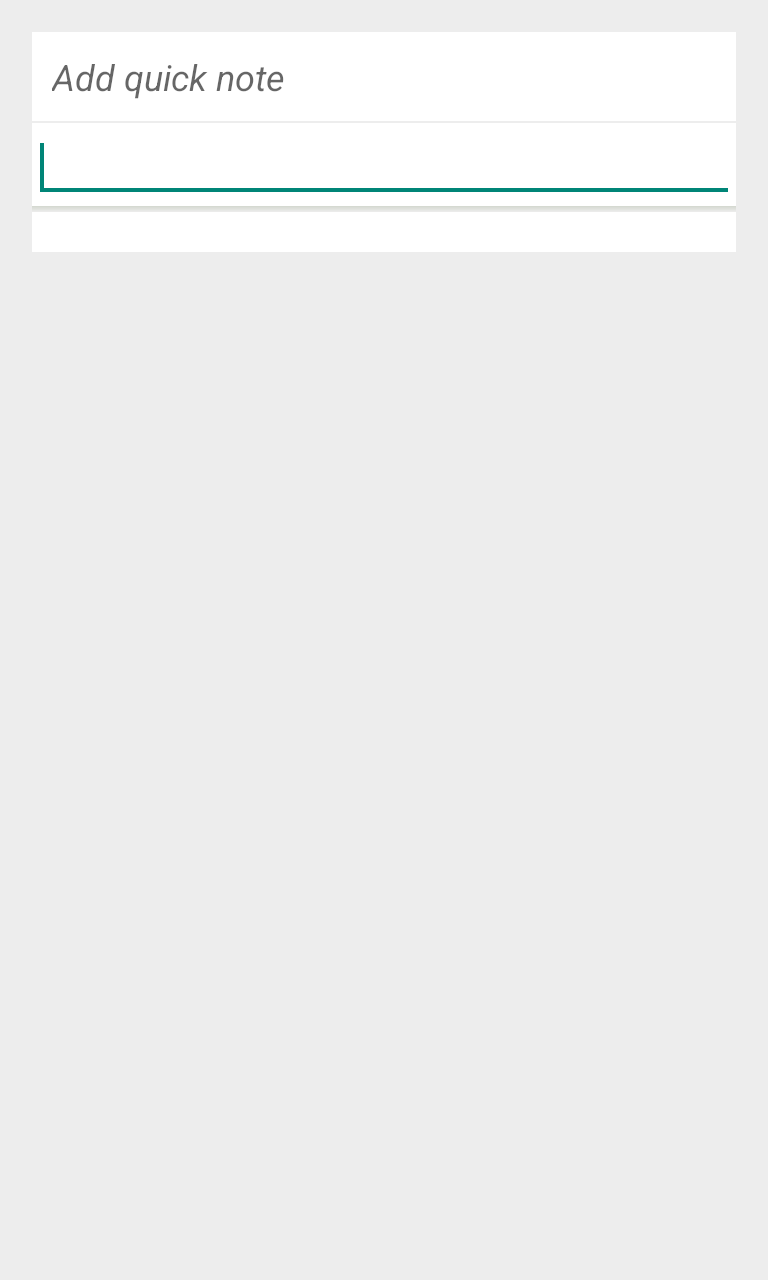
Repository: ishwormali/practices
Layout: Android/GoogleKeep/GoogleKeep/res/layout/fragment_main.xml
An editor plug-in stored every save of this project. The layout is shown before and after the next save, followed by the edit.
It is drawn on a 768 x 1280 px phone screen (xhdpi) without system bars, with theme Theme.Orangeboom; the app's code is not run. The app's manifest (not shown) leaves right-to-left support off. So textAlignment, textDirection and layoutDirection are ignored, and left and right values win over start and end ones.

Above is the layout before, as saved 2014-04-01 06:12:29.

### Android/GoogleKeep/GoogleKeep/res/layout/fragment_main.xml
<RelativeLayout xmlns:android="http://schemas.android.com/apk/res/android"
    xmlns:tools="http://schemas.android.com/tools"
    android:layout_width="match_parent"
    android:layout_height="match_parent"
    android:paddingBottom="@dimen/activity_vertical_margin"
    android:paddingLeft="@dimen/activity_horizontal_margin"
    android:paddingRight="@dimen/activity_horizontal_margin"
    android:paddingTop="@dimen/activity_vertical_margin"
    tools:context="com.practices.googlekeep.MainActivity$PlaceholderFragment"
    android:background="@color/main_background"
      >

    <LinearLayout
        android:layout_width="match_parent"
        android:layout_height="wrap_content"
        android:layout_alignParentTop="true"
        android:layout_centerHorizontal="true"
        android:background="@drawable/area_container"
        android:orientation="vertical" >

        <EditText
            android:id="@+id/text_quicknote"
            android:layout_width="match_parent"
            android:layout_height="wrap_content"
            android:ems="10"  android:hint="@string/add_quick_note"
            android:background="@drawable/edit_box"
            android:textColor="@android:color/black"
android:textCursorDrawable="@null" android:padding="10dp"
             >

            <requestFocus />
        </EditText>
        <View
android:layout_width="fill_parent"
android:layout_height="1dip"
android:background="@color/main_background" />
        <EditText
            android:id="@+id/text_quicknote2"
            android:layout_width="match_parent"
            android:layout_height="wrap_content"
            android:ems="10" >

            <requestFocus />
        </EditText>
        <View
    android:id="@+id/divider"
    android:background="@drawable/drop_shadow"
    android:layout_width="match_parent"
    android:layout_height="3sp"
     />
        <LinearLayout android:layout_width="fill_parent"
            android:layout_height="20dp"
             >
            <Button
                android:drawableStart="@android:drawable/ic_menu_edit"
                />
        </LinearLayout>
    </LinearLayout>

</RelativeLayout>

### Android/GoogleKeep/GoogleKeep/res/values-v14/themes.xml
<?xml version="1.0" encoding="utf-8"?>
<!-- File created by the Android Action Bar Style Generator

     Copyright (C) 2011 The Android Open Source Project
     Copyright (C) 2012 readyState Software Ltd

     Licensed under the Apache License, Version 2.0 (the "License");
     you may not use this file except in compliance with the License.
     You may obtain a copy of the License at

          http://www.apache.org/licenses/LICENSE-2.0

     Unless required by applicable law or agreed to in writing, software
     distributed under the License is distributed on an "AS IS" BASIS,
     WITHOUT WARRANTIES OR CONDITIONS OF ANY KIND, either express or implied.
     See the License for the specific language governing permissions and
     limitations under the License.
-->

<resources xmlns:android="http://schemas.android.com/apk/res/android">

    <style name="Theme.Orangeboom" parent="@style/Theme.AppCompat.Light">
        <item name="android:actionBarItemBackground">@drawable/selectable_background_orangeboom</item>
        <item name="android:popupMenuStyle">@style/PopupMenu.Orangeboom</item>
        <item name="android:dropDownListViewStyle">@style/DropDownListView.Orangeboom</item>
        <item name="android:actionBarTabStyle">@style/ActionBarTabStyle.Orangeboom</item>
        <item name="android:actionDropDownStyle">@style/DropDownNav.Orangeboom</item>
        <item name="android:actionBarStyle">@style/ActionBar.Solid.Orangeboom</item>
        <item name="android:actionModeBackground">@drawable/cab_background_top_orangeboom</item>
        <item name="android:actionModeSplitBackground">@drawable/cab_background_bottom_orangeboom</item>
        <item name="android:actionModeCloseButtonStyle">@style/ActionButton.CloseMode.Orangeboom</item>
         <item name="actionMenuTextColor">@android:color/white</item>

    </style>

    <style name="ActionBar.Solid.Orangeboom" parent="@style/Widget.AppCompat.Light.ActionBar.Solid">
        <item name="android:background">@drawable/ab_solid_orangeboom</item>
        <item name="android:backgroundStacked">@drawable/ab_stacked_solid_orangeboom</item>
        <item name="android:backgroundSplit">@drawable/ab_bottom_solid_orangeboom</item>
        <item name="android:progressBarStyle">@style/ProgressBar.Orangeboom</item>
       <item name="android:titleTextStyle">@style/ActionBar.TextStyle.Orangeboom</item>
<!--        <item name="android:logo">@drawable/text_x_todo</item> -->
    </style>

    <style name="ActionBar.TextStyle.Orangeboom"
           parent="@style/TextAppearance.AppCompat.Widget.ActionBar.Title">
        <item name="android:textColor">@android:color/white</item>
    </style>

    <style name="ActionBar.Transparent.Orangeboom" parent="@style/Widget.AppCompat.Light.ActionBar">
        <item name="android:background">@drawable/ab_transparent_orangeboom</item>
        <item name="android:progressBarStyle">@style/ProgressBar.Orangeboom</item>
    </style>

    <!-- this style is only referenced in a Light.DarkActionBar based theme -->
    <style name="Theme.Orangeboom.Widget" parent="@style/Theme.AppCompat">
        <item name="android:popupMenuStyle">@style/PopupMenu.Orangeboom</item>
        <item name="android:dropDownListViewStyle">@style/DropDownListView.Orangeboom</item>
    </style>

</resources>

### Android/GoogleKeep/GoogleKeep/res/values/themes.xml
<?xml version="1.0" encoding="utf-8"?>
<!-- File created by the Android Action Bar Style Generator

     Copyright (C) 2011 The Android Open Source Project
     Copyright (C) 2012 readyState Software Ltd

     Licensed under the Apache License, Version 2.0 (the "License");
     you may not use this file except in compliance with the License.
     You may obtain a copy of the License at

          http://www.apache.org/licenses/LICENSE-2.0

     Unless required by applicable law or agreed to in writing, software
     distributed under the License is distributed on an "AS IS" BASIS,
     WITHOUT WARRANTIES OR CONDITIONS OF ANY KIND, either express or implied.
     See the License for the specific language governing permissions and
     limitations under the License.
-->

<resources xmlns:android="http://schemas.android.com/apk/res/android">

    <style name="Theme.Orangeboom" parent="@style/Theme.AppCompat.Light">
        <item name="actionBarItemBackground">@drawable/selectable_background_orangeboom</item>
        <item name="popupMenuStyle">@style/PopupMenu.Orangeboom</item>
        <item name="dropDownListViewStyle">@style/DropDownListView.Orangeboom</item>
        <item name="actionBarTabStyle">@style/ActionBarTabStyle.Orangeboom</item>
        <item name="actionDropDownStyle">@style/DropDownNav.Orangeboom</item>
        <item name="actionBarStyle">@style/ActionBar.Solid.Orangeboom</item>
        <item name="actionModeBackground">@drawable/cab_background_top_orangeboom</item>
        <item name="actionModeSplitBackground">@drawable/cab_background_bottom_orangeboom</item>
        <item name="actionModeCloseButtonStyle">@style/ActionButton.CloseMode.Orangeboom</item>
 <item name="actionMenuTextColor">@android:color/white</item>


    </style>

    <style name="ActionBar.Solid.Orangeboom" parent="@style/Widget.AppCompat.Light.ActionBar.Solid">
        <item name="background">@drawable/ab_solid_orangeboom</item>
        <item name="backgroundStacked">@drawable/ab_stacked_solid_orangeboom</item>
        <item name="backgroundSplit">@drawable/ab_bottom_solid_orangeboom</item>
        <item name="progressBarStyle">@style/ProgressBar.Orangeboom</item>
         <item name="titleTextStyle">@style/ActionBar.TextStyle.Orangeboom</item>
<!--          <item name="logo">@drawable/text_x_todo</item> -->
    </style>

     <style name="ActionBar.TextStyle.Orangeboom"
           parent="@style/TextAppearance.AppCompat.Widget.ActionBar.Title">
        <item name="android:textColor">@android:color/white</item>
    </style>

    <style name="ActionBar.Transparent.Orangeboom" parent="@style/Widget.AppCompat.Light.ActionBar">
        <item name="background">@drawable/ab_transparent_orangeboom</item>
        <item name="progressBarStyle">@style/ProgressBar.Orangeboom</item>
    </style>

    <style name="PopupMenu.Orangeboom" parent="@style/Widget.AppCompat.Light.PopupMenu">
        <item name="android:popupBackground">@drawable/menu_dropdown_panel_orangeboom</item>
    </style>

    <style name="DropDownListView.Orangeboom" parent="@style/Widget.AppCompat.Light.ListView.DropDown">
        <item name="android:listSelector">@drawable/selectable_background_orangeboom</item>
    </style>

    <style name="ActionBarTabStyle.Orangeboom" parent="@style/Widget.AppCompat.Light.ActionBar.TabView">
        <item name="android:background">@drawable/tab_indicator_ab_orangeboom</item>
        <item name="android:textColor">@android:color/white</item>
    </style>

    <style name="DropDownNav.Orangeboom" parent="@style/Widget.AppCompat.Light.Spinner.DropDown.ActionBar">
        <item name="android:background">@drawable/spinner_background_ab_orangeboom</item>
        <item name="android:popupBackground">@drawable/menu_dropdown_panel_orangeboom</item>
        <item name="android:dropDownSelector">@drawable/selectable_background_orangeboom</item>
    </style>

    <style name="ProgressBar.Orangeboom" parent="@style/Widget.AppCompat.ProgressBar.Horizontal">
        <item name="android:progressDrawable">@drawable/progress_horizontal_orangeboom</item>
    </style>

    <style name="ActionButton.CloseMode.Orangeboom" parent="@style/Widget.AppCompat.Light.ActionButton.CloseMode">
        <item name="android:background">@drawable/btn_cab_done_orangeboom</item>
    </style>

    <!-- this style is only referenced in a Light.DarkActionBar based theme -->
    <style name="Theme.Orangeboom.Widget" parent="@style/Theme.AppCompat">
        <item name="popupMenuStyle">@style/PopupMenu.Orangeboom</item>
        <item name="dropDownListViewStyle">@style/DropDownListView.Orangeboom</item>
    </style>

</resources>

### Android/GoogleKeep/GoogleKeep/res/drawable/selectable_background_orangeboom.xml
<?xml version="1.0" encoding="utf-8"?>
<!-- File created by the Android Action Bar Style Generator

     Copyright (C) 2011 The Android Open Source Project
     Copyright (C) 2012 readyState Software Ltd

     Licensed under the Apache License, Version 2.0 (the "License");
     you may not use this file except in compliance with the License.
     You may obtain a copy of the License at

          http://www.apache.org/licenses/LICENSE-2.0

     Unless required by applicable law or agreed to in writing, software
     distributed under the License is distributed on an "AS IS" BASIS,
     WITHOUT WARRANTIES OR CONDITIONS OF ANY KIND, either express or implied.
     See the License for the specific language governing permissions and
     limitations under the License.
-->

<selector xmlns:android="http://schemas.android.com/apk/res/android"
        android:exitFadeDuration="@android:integer/config_mediumAnimTime" >
    <item android:state_pressed="false" android:state_focused="true" android:drawable="@drawable/list_focused_orangeboom" />
    <item android:state_pressed="true" android:drawable="@drawable/list_pressed_orangeboom" />
    <item android:drawable="@android:color/transparent" />
</selector>

### Android/GoogleKeep/GoogleKeep/res/drawable/btn_cab_done_orangeboom.xml
<?xml version="1.0" encoding="utf-8"?>
<!-- File created by the Android Action Bar Style Generator

     Copyright (C) 2011 The Android Open Source Project
     Copyright (C) 2012 readyState Software Ltd

     Licensed under the Apache License, Version 2.0 (the "License");
     you may not use this file except in compliance with the License.
     You may obtain a copy of the License at

          http://www.apache.org/licenses/LICENSE-2.0

     Unless required by applicable law or agreed to in writing, software
     distributed under the License is distributed on an "AS IS" BASIS,
     WITHOUT WARRANTIES OR CONDITIONS OF ANY KIND, either express or implied.
     See the License for the specific language governing permissions and
     limitations under the License.
-->

<selector xmlns:android="http://schemas.android.com/apk/res/android">
    <item android:state_pressed="true"
        android:drawable="@drawable/btn_cab_done_pressed_orangeboom" />
    <item android:state_focused="true" android:state_enabled="true"
        android:drawable="@drawable/btn_cab_done_focused_orangeboom" />
    <item android:state_enabled="true"
        android:drawable="@drawable/btn_cab_done_default_orangeboom" />
</selector>

### Android/GoogleKeep/GoogleKeep/res/drawable/progress_horizontal_orangeboom.xml
<?xml version="1.0" encoding="utf-8"?>
<!-- File created by the Android Action Bar Style Generator

     Copyright (C) 2011 The Android Open Source Project
     Copyright (C) 2012 readyState Software Ltd

     Licensed under the Apache License, Version 2.0 (the "License");
     you may not use this file except in compliance with the License.
     You may obtain a copy of the License at

          http://www.apache.org/licenses/LICENSE-2.0

     Unless required by applicable law or agreed to in writing, software
     distributed under the License is distributed on an "AS IS" BASIS,
     WITHOUT WARRANTIES OR CONDITIONS OF ANY KIND, either express or implied.
     See the License for the specific language governing permissions and
     limitations under the License.
-->

<layer-list xmlns:android="http://schemas.android.com/apk/res/android">

    <item android:id="@android:id/background"
          android:drawable="@drawable/progress_bg_orangeboom" />

    <item android:id="@android:id/secondaryProgress">
        <scale android:scaleWidth="100%"
               android:drawable="@drawable/progress_secondary_orangeboom" />
    </item>

    <item android:id="@android:id/progress">
        <scale android:scaleWidth="100%"
               android:drawable="@drawable/progress_primary_orangeboom" />
    </item>

</layer-list>

### Android/GoogleKeep/GoogleKeep/res/drawable/spinner_background_ab_orangeboom.xml
<?xml version="1.0" encoding="utf-8"?>
<!-- File created by the Android Action Bar Style Generator

     Copyright (C) 2011 The Android Open Source Project
     Copyright (C) 2012 readyState Software Ltd

     Licensed under the Apache License, Version 2.0 (the "License");
     you may not use this file except in compliance with the License.
     You may obtain a copy of the License at

          http://www.apache.org/licenses/LICENSE-2.0

     Unless required by applicable law or agreed to in writing, software
     distributed under the License is distributed on an "AS IS" BASIS,
     WITHOUT WARRANTIES OR CONDITIONS OF ANY KIND, either express or implied.
     See the License for the specific language governing permissions and
     limitations under the License.
-->

<selector xmlns:android="http://schemas.android.com/apk/res/android">
    <item android:state_enabled="false"
        android:drawable="@drawable/spinner_ab_disabled_orangeboom" />
    <item android:state_pressed="true"
        android:drawable="@drawable/spinner_ab_pressed_orangeboom" />
    <item android:state_pressed="false" android:state_focused="true"
        android:drawable="@drawable/spinner_ab_focused_orangeboom" />
    <item android:drawable="@drawable/spinner_ab_default_orangeboom" />
</selector>

### Android/GoogleKeep/GoogleKeep/res/drawable/tab_indicator_ab_orangeboom.xml
<?xml version="1.0" encoding="utf-8"?>
<!-- File created by the Android Action Bar Style Generator

     Copyright (C) 2011 The Android Open Source Project
     Copyright (C) 2012 readyState Software Ltd

     Licensed under the Apache License, Version 2.0 (the "License");
     you may not use this file except in compliance with the License.
     You may obtain a copy of the License at

          http://www.apache.org/licenses/LICENSE-2.0

     Unless required by applicable law or agreed to in writing, software
     distributed under the License is distributed on an "AS IS" BASIS,
     WITHOUT WARRANTIES OR CONDITIONS OF ANY KIND, either express or implied.
     See the License for the specific language governing permissions and
     limitations under the License.
-->

<selector xmlns:android="http://schemas.android.com/apk/res/android">
    <!-- Non focused states -->
    <item android:state_focused="false" android:state_selected="false" android:state_pressed="false" android:drawable="@android:color/transparent" />
    <item android:state_focused="false" android:state_selected="true"  android:state_pressed="false" android:drawable="@drawable/tab_selected_orangeboom" />

    <!-- Focused states -->
    <item android:state_focused="true" android:state_selected="false" android:state_pressed="false" android:drawable="@drawable/tab_unselected_focused_orangeboom" />
    <item android:state_focused="true" android:state_selected="true"  android:state_pressed="false" android:drawable="@drawable/tab_selected_focused_orangeboom" />

    <!-- Pressed -->
    <!--    Non focused states -->
    <item android:state_focused="false" android:state_selected="false" android:state_pressed="true" android:drawable="@drawable/tab_unselected_pressed_orangeboom" />
    <item android:state_focused="false" android:state_selected="true"  android:state_pressed="true" android:drawable="@drawable/tab_selected_pressed_orangeboom" />

    <!--    Focused states -->
    <item android:state_focused="true" android:state_selected="false" android:state_pressed="true" android:drawable="@drawable/tab_unselected_pressed_orangeboom" />
    <item android:state_focused="true" android:state_selected="true"  android:state_pressed="true" android:drawable="@drawable/tab_selected_pressed_orangeboom" />
</selector>

### Android/GoogleKeep/GoogleKeep/res/values/dimens.xml
<resources>

    <!-- Default screen margins, per the Android Design guidelines. -->
    <dimen name="activity_horizontal_margin">16dp</dimen>
    <dimen name="activity_vertical_margin">16dp</dimen>

</resources>

### Android/GoogleKeep/GoogleKeep/res/values/Color.xml
<?xml version="1.0" encoding="utf-8"?>
<resources>
    <color name="main_background">#EDEDED</color>
    <color name="area_container_background">#FFFFFF</color>

</resources>

### Android/GoogleKeep/GoogleKeep/res/drawable/area_container.xml
<?xml version="1.0" encoding="utf-8"?>
<shape xmlns:android="http://schemas.android.com/apk/res/android"

    >
    <solid android:color="@color/area_container_background"/>

</shape>

### Android/GoogleKeep/GoogleKeep/res/values/strings.xml
<?xml version="1.0" encoding="utf-8"?>
<resources>

    <string name="app_name">GoogleKeep</string>
    <string name="hello_world">Hello world!</string>
    <string name="action_settings">Settings</string>
	<string name="add_quick_note"><i>Add quick note</i></string>
</resources>

### Android/GoogleKeep/GoogleKeep/res/drawable/edit_box.xml
<?xml version="1.0" encoding="utf-8"?>
<shape xmlns:android="http://schemas.android.com/apk/res/android"
    android:shape="rectangle"
    android:padding="10dp"
     >

<solid android:color="#FFFFFF"/>

</shape>

### Android/GoogleKeep/GoogleKeep/res/drawable/drop_shadow.xml
<?xml version="1.0" encoding="utf-8"?>
<shape xmlns:android="http://schemas.android.com/apk/res/android" android:shape="rectangle">
  <gradient
    android:startColor="@color/main_background"

    android:endColor="#d3d7cf"
    android:angle="90" />
</shape>

Loaded but not shown: Android/GoogleKeep/GoogleKeep/res/values-w820dp/dimens.xml (common file)

After the next save:
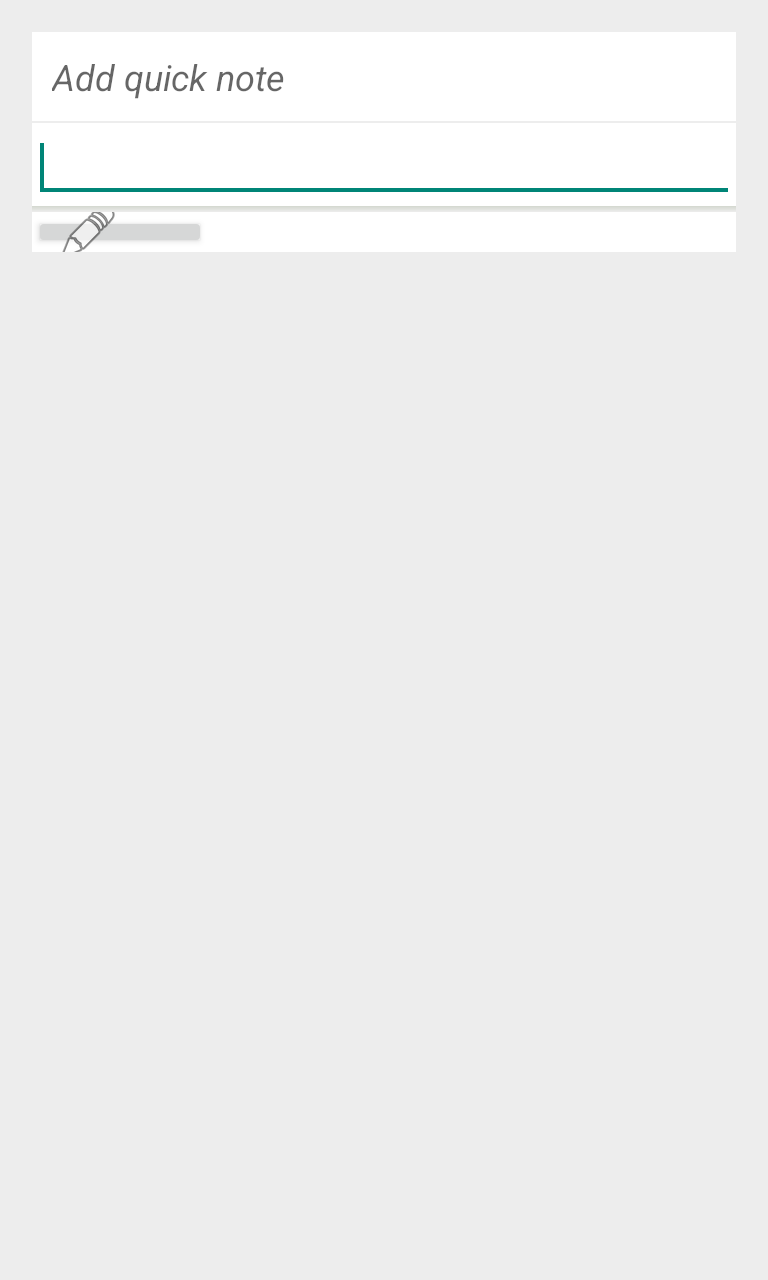
Saved 45 s later.
--- a/Android/GoogleKeep/GoogleKeep/res/layout/fragment_main.xml
+++ b/Android/GoogleKeep/GoogleKeep/res/layout/fragment_main.xml
@@ -51,7 +51,8 @@ android:background="@color/main_background" />
         <LinearLayout android:layout_width="fill_parent"
             android:layout_height="20dp"
              >
-            <Button
+            <Button android:layout_width="wrap_content"
+                android:layout_height="wrap_content"
                 android:drawableStart="@android:drawable/ic_menu_edit"
                 />
         </LinearLayout>
